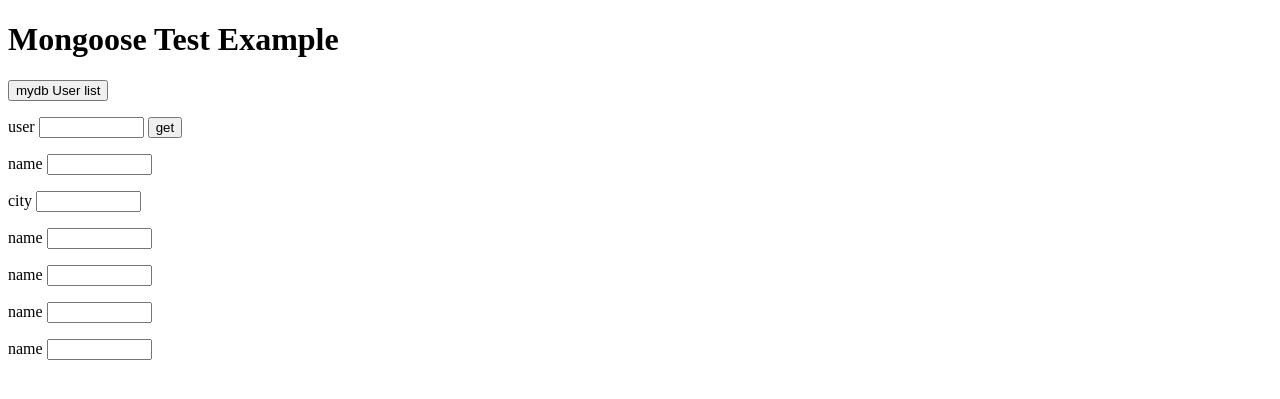
Repository: pys5205/anew
Page: node/mongos/views/index.html
The author's editor kept a record of every edit. The page is drawn from the files as they stood at one moment, then again after the next edit.
The browser window is 1280 px wide. The pictures show the whole page.

Above is the page before.

### node/mongos/views/index.html
<!DOCTYPE html>
<html>
    <head>
        <meta charset="utf-8">
        <title>Mongoose Module</title>
    </head>
    <body>
        <h1>Mongoose Test Example</h1>
        <form method='post' action=/insert name="mongoform">
            <input type="button" value="mydb User list" onclick='location.href="/list"'><p>
            user <input type='text' size='10' name='userid'>
            <input type="button" value="get" onclick='location.href="/get?input="+document.mongoform.userid.value'><p>
            name <input type='text' size='10' name='name'><p>
            city <input type='text' size='10' name='city'><p>
            name <input type='text' size='10' name='name'><p>
            name <input type='text' size='10' name='name'><p>
            name <input type='text' size='10' name='name'><p>
            name <input type='text' size='10' name='name'><p>


        </form>
    </body>
</html>

After the next edit:
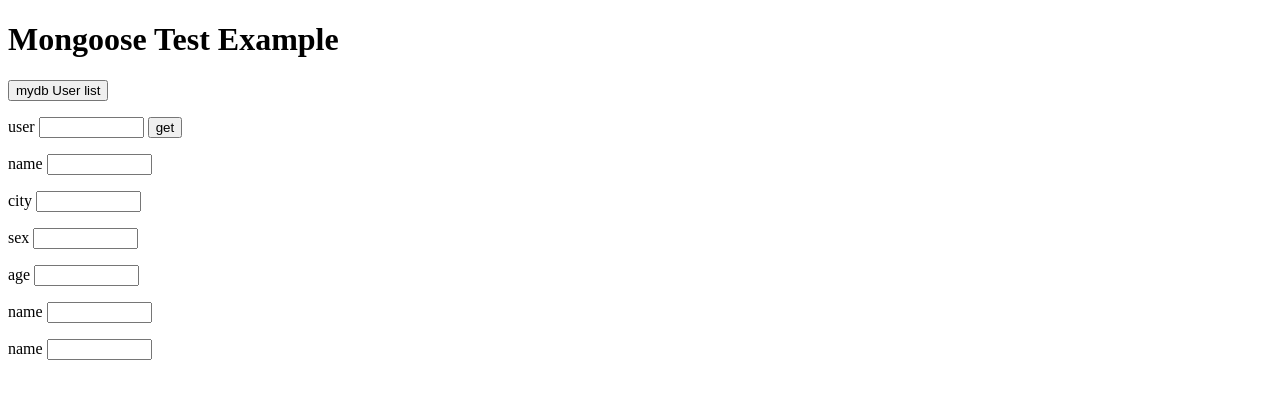
The edit:
--- a/node/mongos/views/index.html
+++ b/node/mongos/views/index.html
@@ -12,8 +12,8 @@
             <input type="button" value="get" onclick='location.href="/get?input="+document.mongoform.userid.value'><p>
             name <input type='text' size='10' name='name'><p>
             city <input type='text' size='10' name='city'><p>
-            name <input type='text' size='10' name='name'><p>
-            name <input type='text' size='10' name='name'><p>
+            sex <input type='text' size='10' name='sex'><p>
+            age <input type='text' size='10' name='age'><p>
             name <input type='text' size='10' name='name'><p>
             name <input type='text' size='10' name='name'><p>
 
